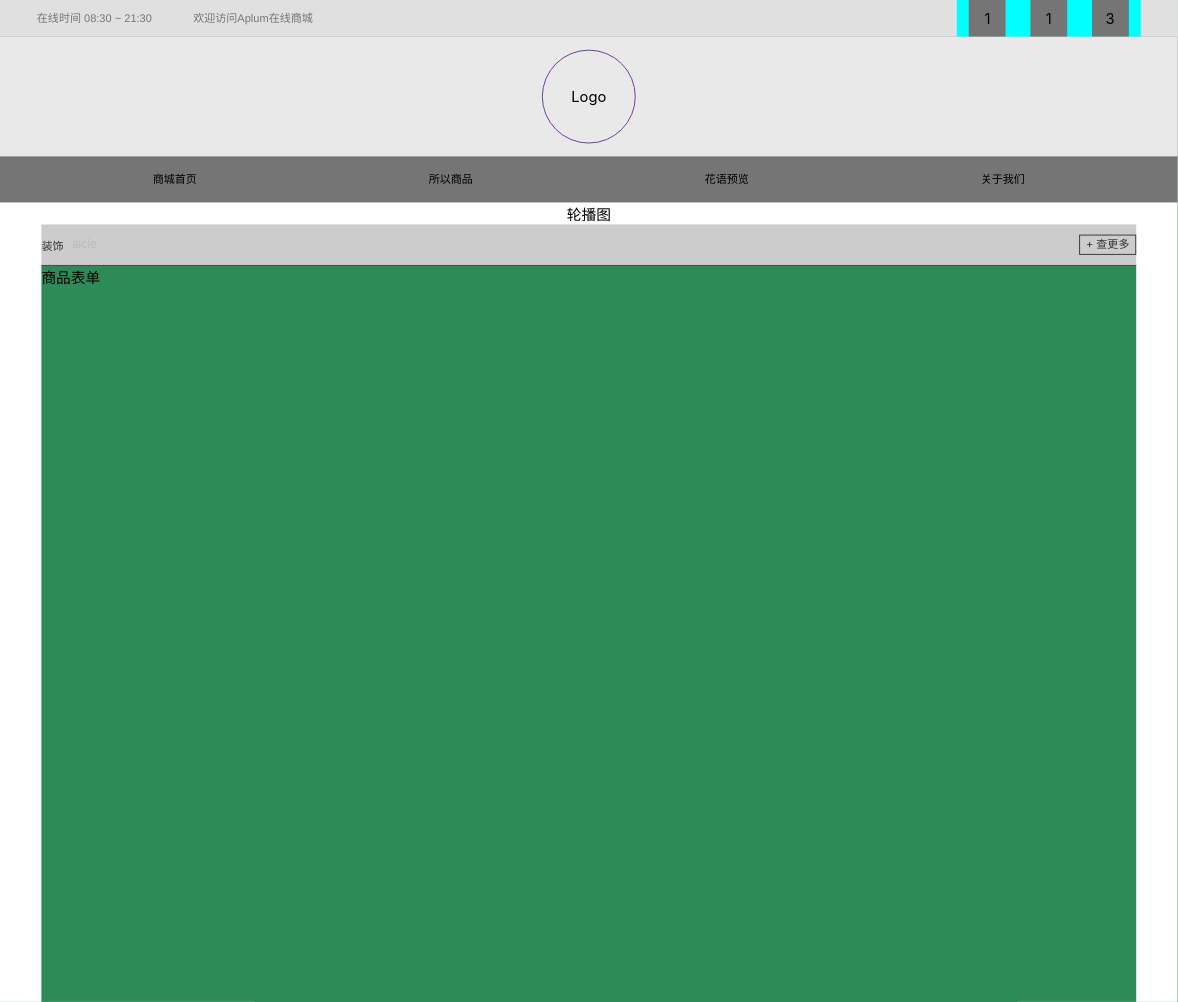
Repository: Alicehhhmm/aplum
Page: /
An editor plug-in stored every save of this project. The page is shown before and after the next save, followed by the edit.
The browser window is 1280 px wide. The pictures show the whole page, at 92% of full size.
The project was rebuilt for these pictures with package versions that can differ from the ones it lists, and the page was loaded fresh each time. Also part of the build but not shown: src/components/footer/index.jsx, src/components/carousel/index.scss, src/App.css.

Above is the page before, as saved 2021-10-11 16:44:00.

After the next save:
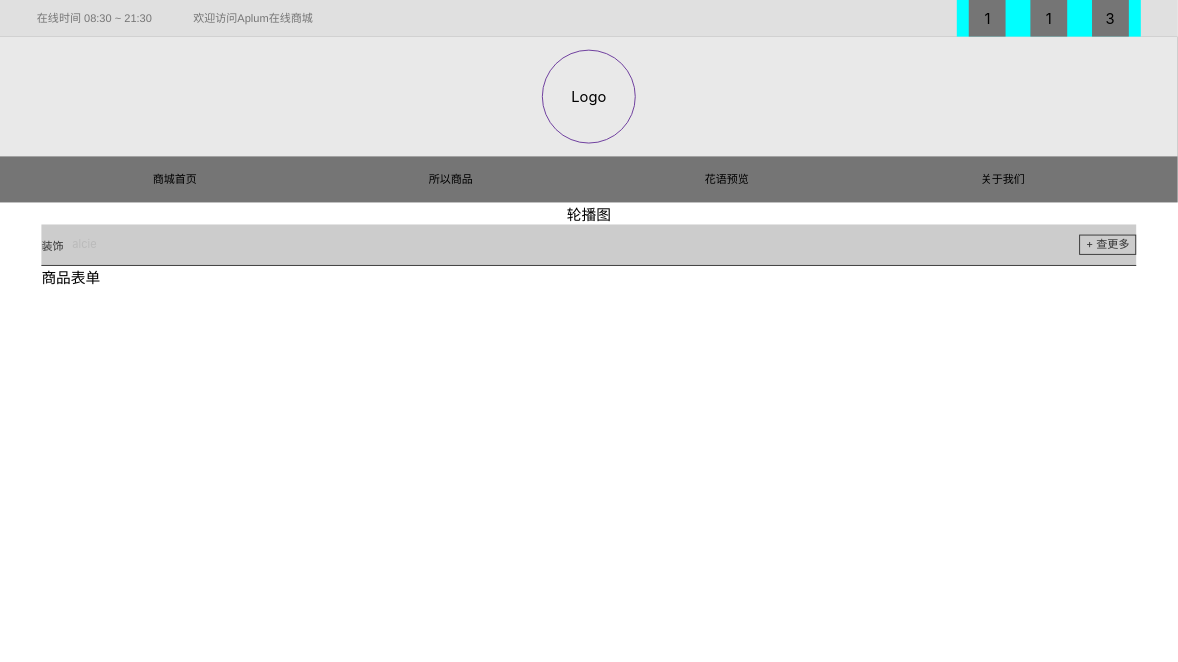
Saved 23 s later.
--- a/src/components/productList/index.scss
+++ b/src/components/productList/index.scss
@@ -2,6 +2,6 @@
 
 
 .munchild_product_list{
-    background-color: seagreen;
-    height: 800px;
+    // background-color: seagreen;
+    // height: 800px;
 }
